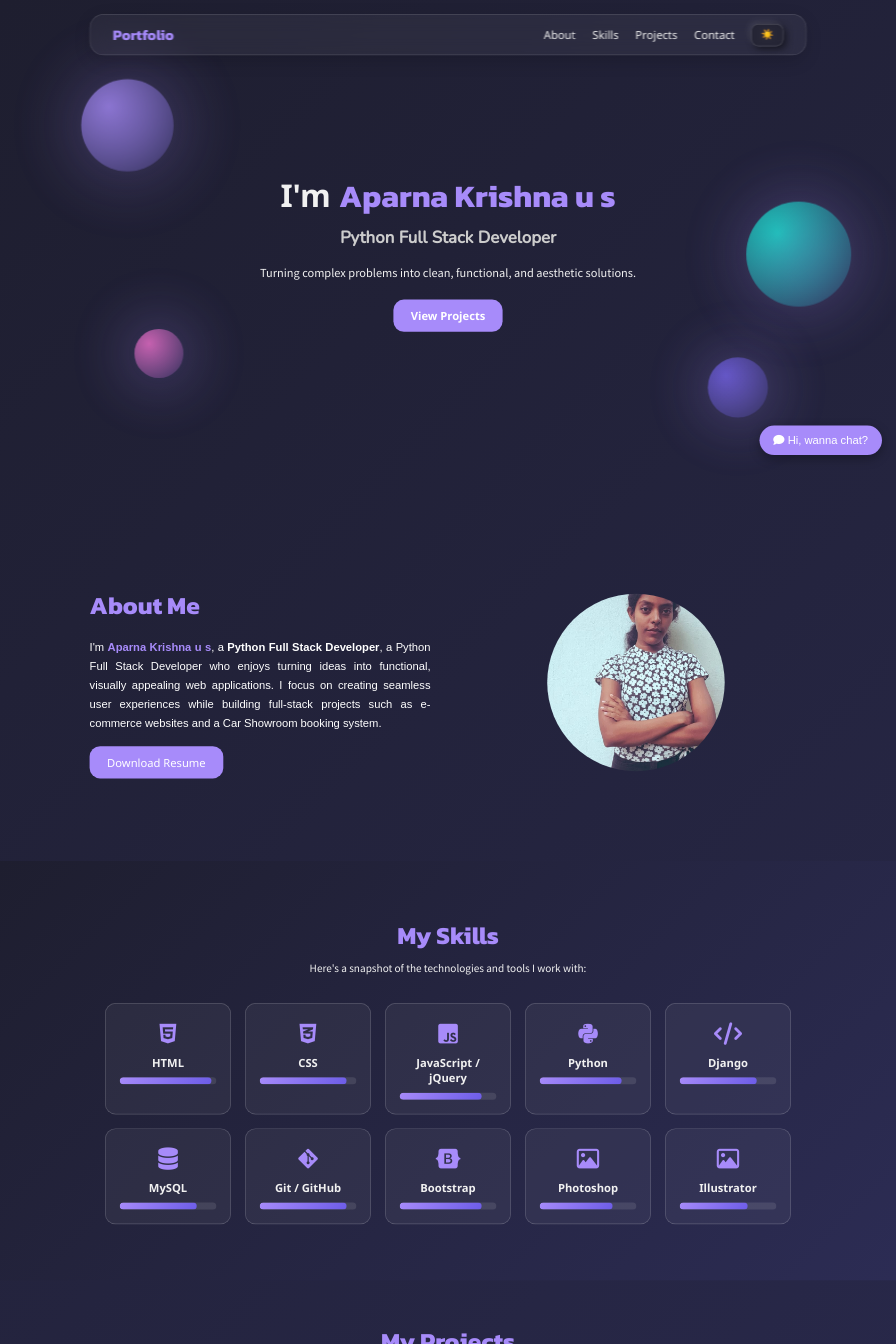
Repository: aparnakrishnaus/aparnakrishnaus_portfolio
Page: index.html
An editor plug-in stored every save of this project. The page is shown before and after the next save, followed by the edit.
The browser window is 1280 px wide. The pictures show the part of the page from y = 0 to 1920 px (the page is 3334 px tall), at 70% of full size.

Above is the page before, as saved 2026-01-01 13:00:34.

### index.html
<!DOCTYPE html>
<html lang="en">

<head>
  <meta charset="UTF-8">
  <meta name="viewport" content="width=device-width, initial-scale=1.0">
  <title>Aparna Krishna Portfolio</title>
  <link
    href="https://fonts.googleapis.com/css2?family=Kanit:wght@600;700&family=Nunito:wght@400;500&family=Source Sans Pro:wght@300;400&display=swap"
    rel="stylesheet">
  <!-- Font Awesome CDN -->
  <link rel="stylesheet" href="https://cdnjs.cloudflare.com/ajax/libs/font-awesome/6.4.0/css/all.min.css">
  <link rel="stylesheet" href="https://cdn.jsdelivr.net/gh/devicons/devicon@latest/devicon.min.css">

  <link rel="stylesheet" href="./style.css">
  <link rel="stylesheet" href="./responsive.css">


</head>

<body>

  <!-- Nav -->
  <header>
    <h1> Portfolio</h1>
    <nav id="navMenu">
      <a href="#about">About</a>
      <a href="#skills">Skills</a>
      <a href="#projects">Projects</a>
      <a href="#contact">Contact</a>
      <button class="theme-toggle" id="themeToggle">🌙</button>
    </nav>
    <button class="menu-toggle" id="menuToggle">☰</button>
  </header>

  <!-- Banner Section -->
  <section class="banner">

    <div class="banner-content">
      <h1>I'm <span>Aparna Krishna u s</span></h1>
      <h2>Python Full Stack Developer </h2>
      <p>Turning complex problems into clean, functional, and aesthetic solutions.</p>
      <a href="#projects" class="btn" id="popup-btn">View Projects</a>
    </div>

    <div class="orbs">
      <div class="orb"></div>
      <div class="orb"></div>
      <div class="orb"></div>
      <div class="orb"></div>
    </div>
  </section>

  <!-- About -->
  <section class="about" id="about">
    <div class="about-container">
      <div class="about-text">
        <h2>About Me</h2>
        <p>
          I'm <span>Aparna Krishna u s</span>, a <strong>Python Full Stack Developer</strong>, a Python Full Stack Developer who enjoys turning ideas into functional, visually appealing web applications. I focus on creating seamless user experiences while building full-stack projects such as e-commerce websites and a Car Showroom booking system.
        </p>


        <div class="about-buttons">
          <a href="aparnakrishnaus-resume.pdf" class="btn" target="_blank">Download Resume</a>
        </div>
      </div>

      <div class="about-img">
        <img src="./img/about-img.jpg" alt="Aparna Krishna U S">
      </div>
    </div>
  </section>

  <!-- Skill -->
  <section class="skills" id="skills">
    <h2>My Skills</h2>
    <p>Here's a snapshot of the technologies and tools I work with:</p>

    <div class="skills-container">

      <div class="skill">
        <div class="skill-icon"><i class="fab fa-html5"></i></div>
        <div class="skill-name">HTML</div>
        <div class="skill-bar">
          <div class="skill-fill" data-width="95%"></div>
        </div>
      </div>

      <div class="skill">
        <div class="skill-icon"><i class="fab fa-css3-alt"></i></div>
        <div class="skill-name">CSS</div>
        <div class="skill-bar">
          <div class="skill-fill" data-width="90%"></div>
        </div>
      </div>

      <div class="skill">
        <div class="skill-icon"><i class="fab fa-js-square"></i></div>
        <div class="skill-name">JavaScript / jQuery</div>
        <div class="skill-bar">
          <div class="skill-fill" data-width="85%"></div>
        </div>
      </div>

      <!-- <div class="skill">
        <div class="skill-icon"><i class="fab fa-react"></i></div>
        <div class="skill-name">React</div>
        <div class="skill-bar">
          <div class="skill-fill" data-width="10%"></div>
        </div>
      </div> -->

      <div class="skill">
        <div class="skill-icon"><i class="fab fa-python"></i></div>
        <div class="skill-name">Python</div>
        <div class="skill-bar">
          <div class="skill-fill" data-width="85%"></div>
        </div>
      </div>

      <div class="skill">
        <div class="skill-icon"><i class="fas fa-code"></i></div>
        <div class="skill-name">Django</div>
        <div class="skill-bar">
          <div class="skill-fill" data-width="80%"></div>
        </div>
      </div>

      <div class="skill">
        <div class="skill-icon"><i class="fas fa-database"></i></div>
        <div class="skill-name">MySQL</div>
        <div class="skill-bar">
          <div class="skill-fill" data-width="80%"></div>
        </div>
      </div>

      <div class="skill">
        <div class="skill-icon"><i class="fab fa-git-alt"></i></div>
        <div class="skill-name">Git / GitHub</div>
        <div class="skill-bar">
          <div class="skill-fill" data-width="90%"></div>
        </div>
      </div>

      <div class="skill">
        <div class="skill-icon"><i class="fab fa-bootstrap"></i></div>
        <div class="skill-name">Bootstrap</div>
        <div class="skill-bar">
          <div class="skill-fill" data-width="85%"></div>
        </div>
      </div>

      <div class="skill">
        <div class="skill-icon"><i class="far fa-image"></i></div>
        <div class="skill-name">Photoshop</div>
        <div class="skill-bar">
          <div class="skill-fill" data-width="75%"></div>
        </div>
      </div>

      <div class="skill">
        <div class="skill-icon"><i class="far fa-image"></i></div>
        <div class="skill-name">Illustrator</div>
        <div class="skill-bar">
          <div class="skill-fill" data-width="70%"></div>
        </div>
      </div>

      <!-- <div class="skill">
        <div class="skill-icon"> <i class="devicon-flutter-plain "></i></div>
        <div class="skill-name">Flutter</div>
        <div class="skill-bar">
          <div class="skill-fill" data-width="10%"></div>
        </div>
      </div> -->

    </div>
  </section>

  <!-- Projects -->
  <section class="projects" id="projects">
    <h2 class="section-title">My Projects</h2>
    <p class="section-subtitle">Some of my recent work</p>

    <div class="project-filters">
      <button class="filter-btn active" data-filter="all">All</button>
      <button class="filter-btn" data-filter="fullstack">Fullstack</button>
      <button class="filter-btn" data-filter="webdesign">Web Design</button>
      <button class="filter-btn" data-filter="app">App</button>
    </div>

    <div class="projects-container">

      <!-- project1 -->
      <div class="project-card" data-category="fullstack" data-title="Car Showroom System (Fullstack)"
        data-description="Fullstack car showroom web app"
        data-points="Smart vehicle search and filtering, End-to-end car booking workflow, Integrated spare parts management, Test drive appointment scheduling, Service booking and management system, Secure advance payment integration, Role-based authentication, Django-powered backend with database, Responsive across devices"
        data-code="https://github.com/aparnakrishnaus/carshowroom" data-demo="https://prestigelane.pythonanywhere.com/">

        <div class="project-img">
          <img src="./img/carshowroom.png" alt="Car Showroom" loading="lazy" decoding="async">
          <div class="overlay">
            <i class="fas fa-search-plus"></i>
          </div>
        </div>
        <div class="project-info">
          <h3>Car Showroom</h3>
          <p>Fullstack project with backend.</p>
          <a href="https://prestigelane.pythonanywhere.com/" class="btn live" target="_blank">Visit Site</a>
        </div>
      </div>

      <!-- project2 -->
      <div class="project-card" data-category="fullstack" data-title="E-commerce Website (Fullstack)"
        data-description="Fullstack e-commerce web app"
        data-points="Full-stack e-commerce platform with complete checkout flow,Secure user authentication and order management,Integrated Stripe payment gateway for online payments,Cart checkout and order confirmation system,Backend built with Django & database integration, Fully responsive UI for all devices"
        data-code="https://github.com/aparnakrishnaus/modoshop" data-demo="https://modoshop.pythonanywhere.com/">

        <div class="project-img"><img src="./img/modo.png" alt="Project 4" loading="lazy" decoding="async" width="1280"
            height="720">
          <div class="overlay">
            <i class="fas fa-search-plus"></i>
          </div>
        </div>
        <div class="project-info">
          <h3>Modoshop</h3>
          <p>Fullstack project with backend.</p>
          <a href="https://modoshop.pythonanywhere.com/" class="btn live" target="_blank">Visit Site</a>
        </div>
      </div>

      <!-- project3 -->
      <div class="project-card" data-category="webdesign" data-title="Pastry Shop Website (Frontend)"
        data-description="Pastry Shop Design"
        data-points="Designed a modern and aesthetic pastry shop UI, Responsive layout for all devices, Used a warm color palette and inviting visuals,Built with HTML5 CSS3 JS & Bootstrap 5"
        data-code="https://github.com/aparnakrishnaus/Butterlace-pastryshop" data-demo="https://butterlace-pastryshop.netlify.app/">

        <div class="project-img"><img src="./img/pastryshop.png" alt="Project 4" loading="lazy" decoding="async"
            width="1280" height="720">
          <div class="overlay">
            <i class="fas fa-search-plus"></i>
          </div>
        </div>
        <div class="project-info">
          <h3>Butterlace-Pastry Shop</h3>
          <p>Pastry Shop Design.</p>
          <a href="https://butterlace-pastryshop.netlify.app/" class="btn live" target="_blank">Visit
            Site</a>
        </div>
      </div>

      <!-- project4 -->
      <div class="project-card" data-category="app" data-title="To-Do List App (Frontend + Motivation)"
        data-description="Responsive Todo list App"
        data-points="Create edit and delete daily tasks with ease,Minimal task management UI for better focus,Shows motivational quotes to boost productivity,Light and dark themes,Responsive design for all devices,Built with HTML5 CSS3 JS"
        data-code="https://github.com/aparnakrishnaus/To-Do-List-App" data-demo="https://todobuddylist.netlify.app/">

        <div class="project-img"><img src="./img/todo.png" alt="Project 4" loading="lazy" decoding="async" width="1280"
            height="720">
          <div class="overlay">
            <i class="fas fa-search-plus"></i>
          </div>
        </div>
        <div class="project-info">
          <h3>To-do List App</h3>
          <p>Todo list App with motivational quotes</p>
          <a href="https://todobuddylist.netlify.app/" class="btn live" target="_blank">Visit Site</a>
        </div>
      </div>

      <!-- project5 -->
      <div class="project-card" data-category="app" data-title="TalkTo Calculator (Voice-Enabled App)"
        data-description="Supports voice commands for hands-free use"
        data-points="Provides instant results with error handling,Perform basic and advanced calculations,Responsive design for mobile and desktop,Built with HTML5 CSS3 JS Webspeech API"
        data-code="https://github.com/aparnakrishnaus/Talk2Calc-calculator" data-demo="https://talktocalc.netlify.app/">

        <div class="project-img"><img src="./img/calculator.png" alt="Project 4" loading="lazy" decoding="async"
            width="1280" height="720">
          <div class="overlay">
            <i class="fas fa-search-plus"></i>
          </div>
        </div>
        <div class="project-info">
          <h3>TalktoCalc-Calculator</h3>
          <p>Supports voice commands for hands-free use</p>
          <a href="https://talktocalc.netlify.app/" class="btn live" target="_blank">Visit
            Site</a>
        </div>
      </div>


      <!-- project6 -->
      <div class="project-card" data-category="webdesign" data-title="Clothing Shop (Frontend)"
        data-description="Designed a trendy and modern e-commerce UI"
        data-points="Recreated a modern clothing shop template,Matched the original UI design with precision,Added shop location map for realism,Ensured fully responsive layout,Built with HTML5 CSS3 JS & Bootstrap 5"
        data-code="https://github.com/aparnakrishnaus/Brooklynk.shop" data-demo="https://textileshop.netlify.app/">

        <div class="project-img"><img src="./img/shop.png" alt="Project 3" loading="lazy" decoding="async" width="1280"
            height="720">
          <div class="overlay">
            <i class="fas fa-search-plus"></i>
          </div>
        </div>
        <div class="project-info">
          <h3>Brooklynk-Clothing Shop</h3>
          <p>Designed a trendy and modern e-commerce UI</p>
          <a href="https://textileshop.netlify.app/" class="btn live" target="_blank">Visit Site</a>
        </div>
      </div>

      <!-- project7 -->
      <div class="project-card" data-category="webdesign" data-title="Portfolio Website (Personal Branding)"
        data-description="A personal portfolio website showcasing projects, skills, and design style."
        data-points="Built a custom portfolio website for a client,Styled with W3.CSS for a clean layout,Integrated Google Drive for data storage,Responsive design for all devices"
        data-code="https://github.com/aparnakrishnaus/Butterlace-pastryshop" data-demo="https://abhinkrishnaus-portfolio.netlify.app/">

        <div class="project-img">
          <img src="./img/portfolio.png" alt="Project 3" loading="lazy" decoding="async" width="1280" height="720">
          <div class="overlay">
            <i class="fas fa-search-plus"></i>
          </div>
        </div>
        <div class="project-info">
          <h3>Portfolio-Client</h3>
          <p>Client personal portfolio website showcasing projects, skills.</p>
          <a href="https://abhinkrishnaus-portfolio.netlify.app/" class="btn live" target="_blank">Visit
            Site</a>
        </div>
      </div>
    </div>


    <div id="lightbox">
      <span class="close">&times;</span>
      <span class="prev">&#10094;</span>

      <div class="lightbox-content">
        <img id="lightbox-img" src="" alt="Expanded Project">
        <div class="lightbox-info">
          <h3></h3>
          <p></p>
          <ul></ul>
          <div class="lightbox-links"></div>
        </div>
      </div>

      <span class="next">&#10095;</span>
    </div>

  </section>



  <!-- Contact -->
  <section class="contact" id="contact">
    <h2>Contact Me</h2>
    <p>Have a project in mind or just want to say hi? Feel free to reach out!</p>

    <div class="contact-container">
      <form action="https://formspree.io/f/mpwjrrjw" class="contact-form" method="POST" id="contactForm">
        <input type="text" name="name" placeholder="Your Name" required>
        <input type="email" name="email" placeholder="Your Email" required>
        <textarea name="message" rows="6" placeholder="Your Message" required></textarea>
        <button type="submit" class="btn">Send Message</button>
      </form>

      <div class="contact-orbs">
        <div class="orb orb1"></div>
        <div class="orb orb2"></div>
      </div>
    </div>
  </section>
  <!-- Custom Alert -->
  <div id="customAlert" class="custom-alert">
    <p id="alertMessage"></p>
  </div>


  <!-- Footer -->
  <footer class="footer">
    <div class="footer-container">
      <p class="footer-name">© 2025 Aparna Krishna u s </p>

      <div class="footer-socials">
        <a href="https://mail.google.com/mail/?view=cm&to=aparnakrishnaus2@gmail.com" target="_blank" aria-label="Email">
          <i class="fa-solid fa-envelope"></i>
        </a>
        <a href="https://wa.me/7306214887" target="_blank" aria-label="WhatsApp">
          <i class="fab fa-whatsapp"></i>
        </a>
        <a href="tel:+917306214887" target="_blank" aria-label="WhatsApp">
          <i class="fas fa-phone" style="font-size: 17px;"></i>
        </a>
        <a href="https://maps.app.goo.gl/kvJvRrkQ18UY9zXh6" target="_blank" target="_blank" aria-label="WhatsApp">
          <i class="fas fa-map-marker-alt" style="font-size: 17px;"></i>
        </a>
        <a href="https://instagram.com/_exotic_s_" target="_blank" aria-label="Instagram">
          <i class="fab fa-instagram"></i>
        </a>
      </div>

      <button class="scroll-top" onclick="window.scrollTo({top: 0, behavior: 'smooth'});">
        <i class="fas fa-arrow-up"></i>
      </button>
    </div>
  </footer>


  <!-- Chat Button -->
  <div id="chat-nudge">
    <div id="chat-btn"><i class="fas fa-comment"></i>
      Hi, wanna chat?</div>
    <div id="chat-popup">
      <span id="chat-close">&times;</span>
      <p>Hey! You can reach me anytime.</p>
      <a href="mailto:aparnakrishnaus2@gmail.com" target="_blank" aria-label="Email" class="chat-link"
        title="email me">
        <i class="fa-regular fa-envelope"></i>
      </a>
      <a href="https://wa.me/7306214887" target="_blank" aria-label="WhatsApp" class="chat-link" title="msg me">
        <i class="fab fa-whatsapp"></i>
      </a>
    </div>
  </div>





  <script src="./script.js"></script>


</body>

</html>

### responsive.css
/* ---- Responsive ---- */


@media (max-width: 992px) {
  .contact-container {
    gap: 40px;
  }

  .contact h2 {
    font-size: 1.8rem;
  }

  .contact p {
    font-size: 0.95rem;
    padding: 0 10px;
  }

  .section-title {
    font-size: 2.4rem;
  }

  .section-subtitle {
    font-size: 1.1rem;
  }

  .projects-container {
    justify-content: center;
  }

  .project-card {
    max-width: 350px;
    width: 100%;
  }

  .btn {
    font-size: 0.9rem;
    padding: 8px 15px;
  }
}


@media (max-width: 768px) {

  h1 {
    font-size: 2rem;
    letter-spacing: 1px;
  }

  h2 {
    font-size: 1.2rem;
  }

  p {
    font-size: 0.9rem;
  }

  nav {
    display: none;
  }

  nav.show {
    display: flex !important;
    flex-direction: column;
    position: absolute;
    top: 70px;
    right: 20px;
    background: var(--bg);
    border: 1px solid var(--glass-border);
    border-radius: 15px;
    padding: 1rem;
    gap: 1rem;
    box-shadow: 0 8px 20px var(--shadow);
    width: 90%;
  }

  .menu-toggle {
    display: block;
  }

  .orb {
    width: 80px;
    height: 80px;
    opacity: 0.2;
  }

  .orb:nth-child(3),
  .orb:nth-child(4),
  .orb:nth-child(5) {
    display: none;
  }

  #chat-nudge {
    display: none !important;
  }

  .skill {
    width: 45%;
  }

  .lightbox-content {
    flex-direction: column;
    text-align: center;
    padding: 20px;
  }

  #lightbox img {
    max-width: 100%;
  }

  .lightbox-info {
    text-align: center;
  }
}



@media (max-width: 600px) {
  .contact {
    padding: 40px 15px;
  }

  .contact h2 {
    font-size: 1.5rem;
  }

  .contact p {
    font-size: 0.9rem;
  }

  .contact-container {
    flex-direction: column;
    gap: 25px;
  }

  .contact-form {
    padding: 20px;
    min-width: 100%;
  }

  .custom-alert {
    font-size: 12px;
    padding: 10px 14px;
    top: 15px;
    right: 50%;
  }

  .contact-orbs .orb1,
  .contact-orbs .orb2 {
    display: none;
  }

}



@media (max-width: 576px) {
  .section-title {
    font-size: 1.6rem;
  }

  .section-subtitle {
    font-size: 0.9rem;
    margin-bottom: 25px;
  }

  .projects-container {
    grid-template-columns: 1fr;
    gap: 18px;
  }

  .project-card {
    border-radius: 10px;
  }

  .project-info {
    padding: 12px;
  }

  .btn {
    font-size: 0.8rem;
    padding: 6px 12px;
  }
}


@media (min-width: 577px) and (max-width: 991px) {
  .section-title {
    font-size: 2rem;
  }

  .section-subtitle {
    font-size: 1rem;
  }

  .projects-container {
    grid-template-columns: repeat(2, 1fr);
    gap: 20px;
  }

  .project-info {
    padding: 14px;
  }
}


@media (max-width: 480px) {
  .about {
    padding-top: 0px;
  }

  .about-text h2 {
    font-size: 1.5rem;
  }

  .about-text p {
    font-size: 0.85rem;
    line-height: 1.4;
    margin-bottom: 10px;
  }

  .about-buttons .btn {
    padding: 10px 20px;
    font-size: 0.9rem;
  }

  .skills-container .skill {
    flex: 1 1 45%;
    max-width: 45%;
  }
}

Loaded but not shown: script.js (289 lines, source omitted); style.css (1030 lines, source omitted)

After the next save:
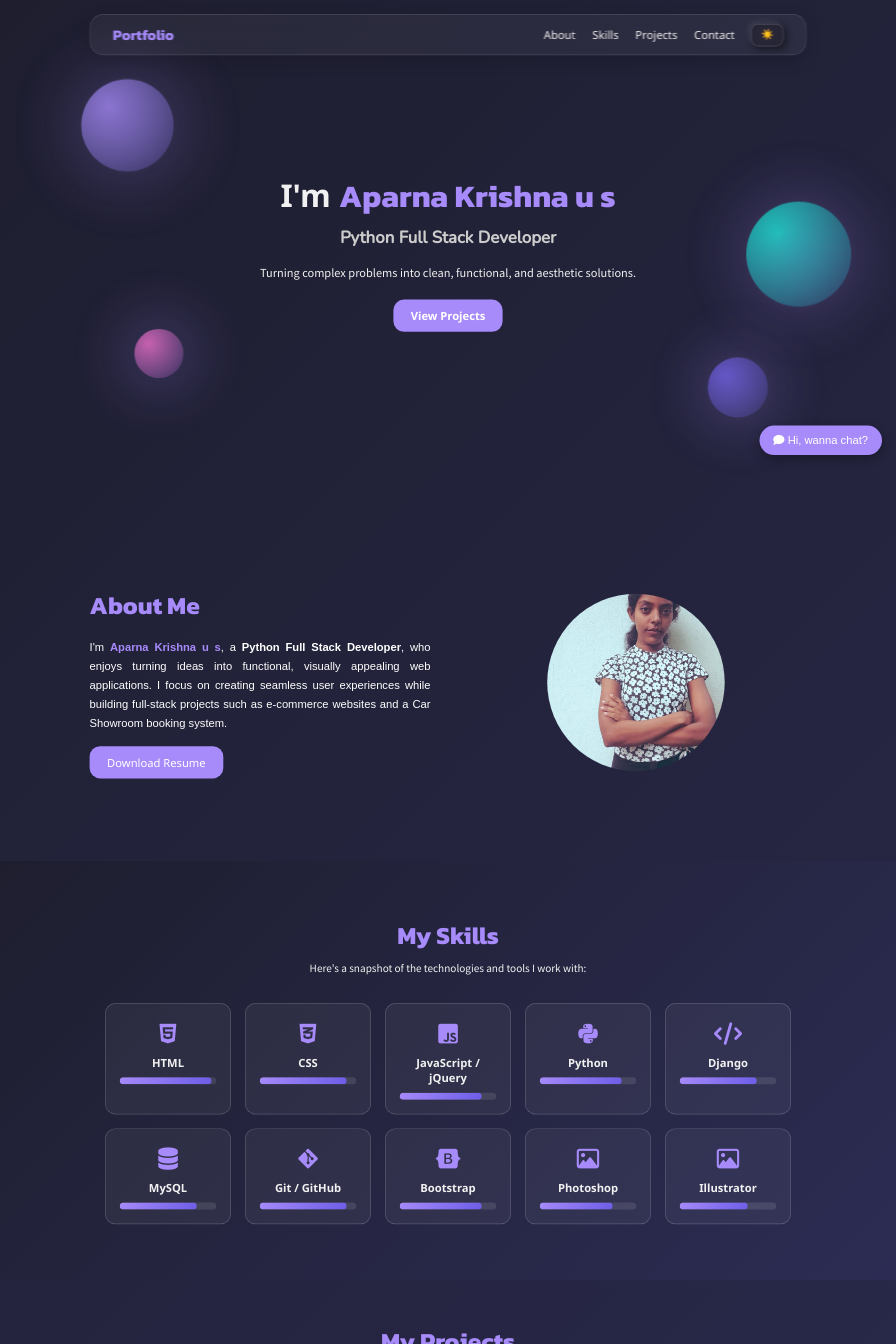
Saved 18 s later.
--- a/index.html
+++ b/index.html
@@ -57,7 +57,7 @@
       <div class="about-text">
         <h2>About Me</h2>
         <p>
-          I'm <span>Aparna Krishna u s</span>, a <strong>Python Full Stack Developer</strong>, a Python Full Stack Developer who enjoys turning ideas into functional, visually appealing web applications. I focus on creating seamless user experiences while building full-stack projects such as e-commerce websites and a Car Showroom booking system.
+          I'm <span>Aparna Krishna u s</span>, a <strong>Python Full Stack Developer</strong>, who enjoys turning ideas into functional, visually appealing web applications. I focus on creating seamless user experiences while building full-stack projects such as e-commerce websites and a Car Showroom booking system.
         </p>
 
 
